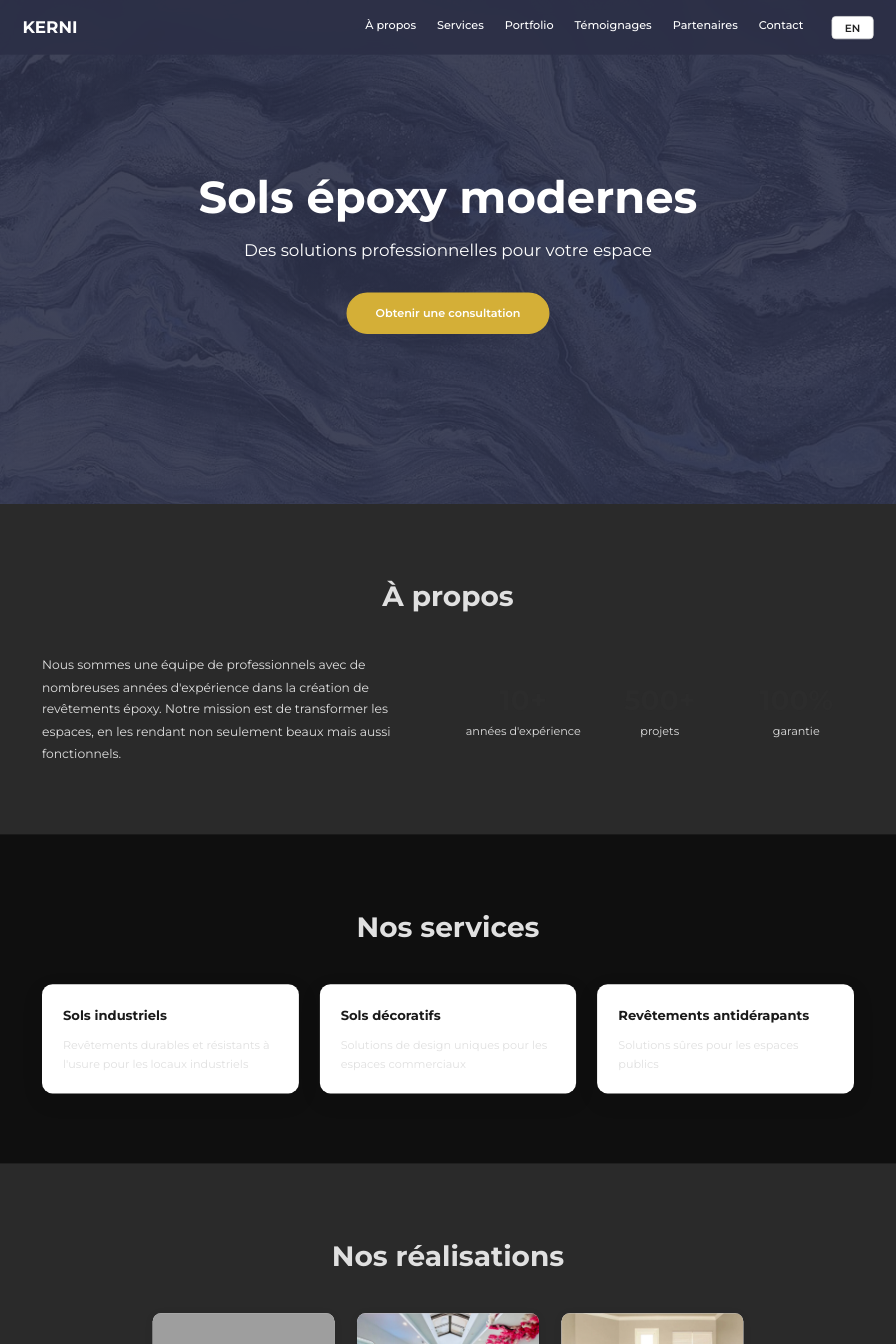
Repository: kerni-ca/kerni-ca
Page: index.html
These files come from the project's save history. The page is drawn as it stood at one moment and after the next save; the edit follows.
The browser window is 1280 px wide. The pictures show the part of the page from y = 0 to 1920 px (the page is 4161 px tall), at 70% of full size.
Pictures or frames that could not be fetched are drawn as grey boxes. Backgrounds fixed to the window are drawn as part of the page.

Above is the page before, as saved 2025-07-04 15:34:11.

After the next save:
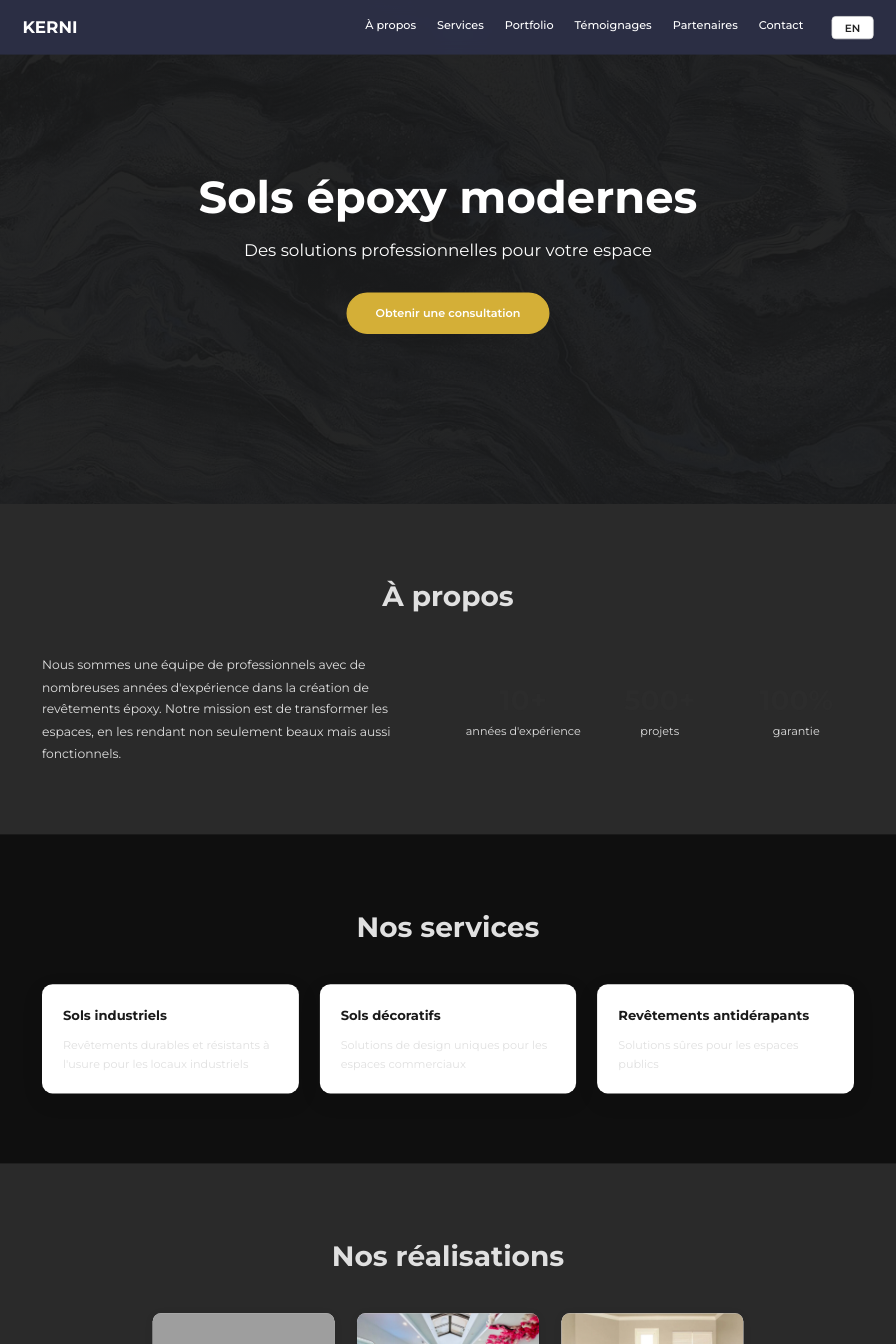
Saved 7 s later.
--- a/styles.css
+++ b/styles.css
@@ -38,7 +38,7 @@ body {
 
 /* Header & Navigation */
 .header {
-    background: linear-gradient(rgba(45, 48, 71, 0.9), rgba(45, 48, 71, 0.9)),
+    background: linear-gradient(rgba(26, 26, 26, 0.95), rgba(26, 26, 26, 0.95)),
                 url('images/header-bg.jpg') center/cover;
     min-height: 100vh;
     color: var(--white);
